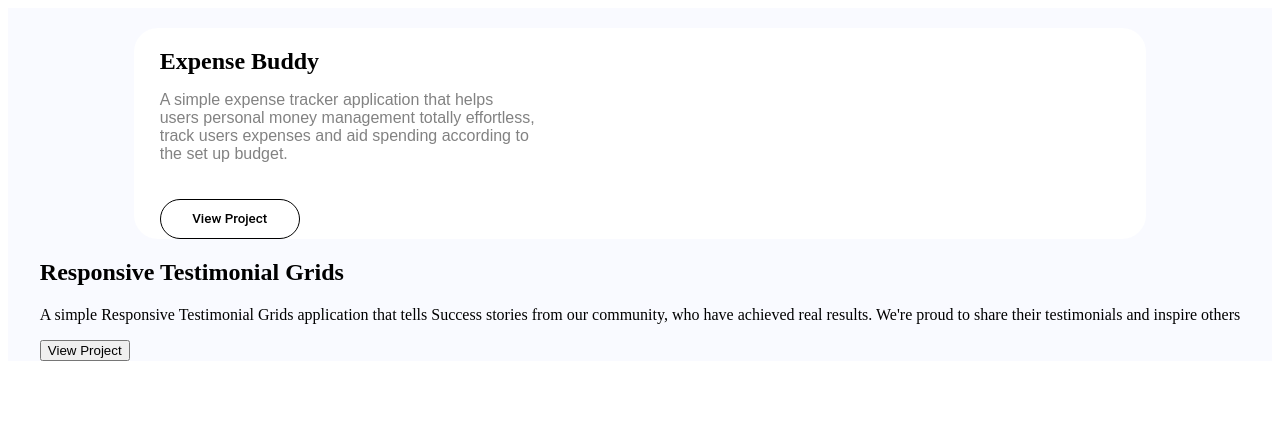
Repository: adehope1/My_Portfoilo
Page: port/assest/index2.html
These files come from the project's save history. The page is drawn as it stood at one moment and after the next save; the edit follows.
The browser window is 1280 px wide. The pictures show the whole page.

Above is the page before, as saved 2024-09-01 22:30:06.

After the next save:
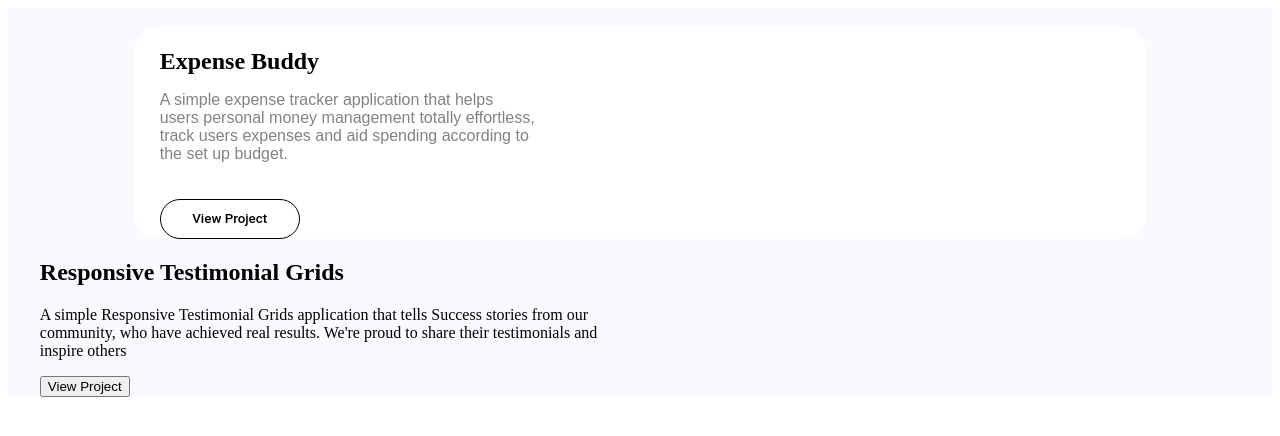
Saved 15 s later.
--- a/port/assest/index2.css
+++ b/port/assest/index2.css
@@ -129,7 +129,7 @@
 
 }
 
-.nameP {
+.nameP1 {
     width: 50%;
     height: 100%;
     display: flex;
